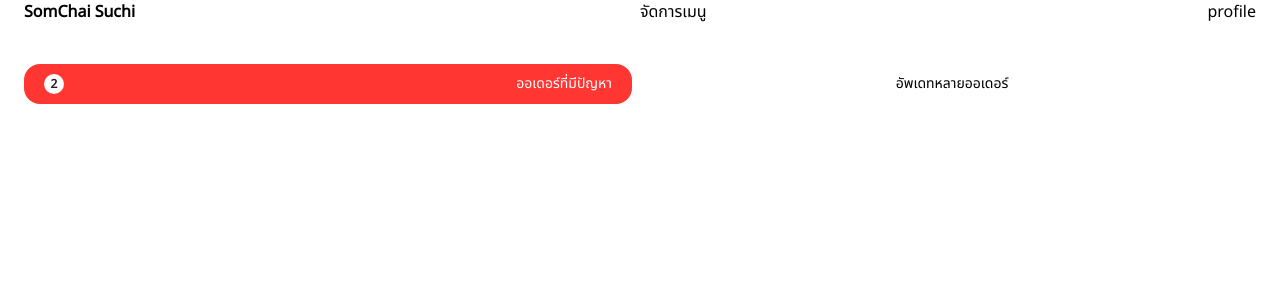
Repository: Pingping1004/food-ordering
Page: / (app in frontend/)
These files come from the project's save history. The page is drawn as it stood at one moment and after a run of saves; the edit follows.
The browser window is 1280 px wide. The pictures show the whole page.
The project was rebuilt for these pictures with package versions that can differ from the ones it lists, and the page was loaded fresh each time. The framework's server and built-in components were replaced by stand-ins that run in the browser. Also part of the build but not shown: frontend/next.config.ts.

Above is the page before, as saved 2025-06-04 05:24:33.

### frontend/src/app/layout.tsx
import type { Metadata } from "next";
import { Geist, Geist_Mono } from "next/font/google";
import "./globals.css";

const geistSans = Geist({
  variable: "--font-geist-sans",
  subsets: ["latin"],
});

const geistMono = Geist_Mono({
  variable: "--font-geist-mono",
  subsets: ["latin"],
});

export const metadata: Metadata = {
  title: "Create Next App",
  description: "Generated by create next app",
};

export default function RootLayout({
  children,
}: Readonly<{
  children: React.ReactNode;
}>) {
  return (
    <html lang="en">
      <head>
        {/* // Poppins google font api connected */}
          <link rel="preconnect" href="https://fonts.googleapis.com" />
          <link
              rel="preconnect"
              href="https://fonts.gstatic.com"
              crossOrigin="anonymous"
          />

          {/* // Poppins google font api connected */}
          <link href='https://fonts.googleapis.com/css?family=Noto Sans Thai' rel='stylesheet'></link>
      </head>
      <body
        className={`${geistSans.variable} ${geistMono.variable} antialiased`}
      >
        {children}
      </body>
    </html>
  );
}

### frontend/src/app/page.tsx
import { Button } from "@/components/Button";
import CookerHeader from "@/components/cookers/Header";
import { NumberIssued } from "@/components/NumberIssue";

export default function CookerHomePage() {
  return (
    <div>
      <CookerHeader />
      <section className="grid grid-cols-2 px-6 py-10 gap-4">
        <Button
          variant="danger"
          size="md"
          className="flex items-center justify-between"
          icon={<NumberIssued issuedOrder={2} />}
        >
          ออเดอร์ที่มีปัญหา
        </Button>
        <Button
          variant
        >อัพเดทหลายออเดอร์</Button>
      </section>
    </div>
  );
}

### frontend/src/app/globals.css
@import "tailwindcss";

body {
  font-family: 'Poppins', 'Noto Sans Thai', sans-serif;
}

:root {
  --background: #ffffff;
  --foreground: #171717;
}

@theme inline {
  --color-background: var(--background);
  --color-foreground: var(--foreground);
  --font-sans: var(--font-geist-sans);
  --font-mono: var(--font-geist-mono);
}

@theme {
    --color-danger-main: #FF3632;
    --color-danger-light: #FFB2B0;
    --color-primary-main: #1263F0;
    --color-primary-light: #A7C6FF;
}

@media (prefers-color-scheme: dark) {
  :root {
    --background: #0a0a0a;
    --foreground: #ededed;
  }
}

.bg-primary {
    background-color: #1263F0;
}

.text-primary {
  color: #1E1E1E;
}

.text-secondary {
  color: #1E1E1E;
  opacity: 0.75;
}

.text-tertiary {
  color: #1E1E1E;
  opacity: 0.5;
}
.text-quaternary {
  color: #1E1E1E;
  opacity: 0.25;
}

.poppins-thin {
  font-family: "Poppins", sans-serif;
  font-weight: 100;
  font-style: normal;
}

.poppins-extralight {
  font-family: "Poppins", sans-serif;
  font-weight: 200;
  font-style: normal;
}

.poppins-light {
  font-family: "Poppins", sans-serif;
  font-weight: 300;
  font-style: normal;
}

.poppins-regular {
  font-family: "Poppins", sans-serif;
  font-weight: 400;
  font-style: normal;
}

.poppins-medium {
  font-family: "Poppins", sans-serif;
  font-weight: 500;
  font-style: normal;
}

.poppins-semibold {
  font-family: "Poppins", sans-serif;
  font-weight: 600;
  font-style: normal;
}

.poppins-bold {
  font-family: "Poppins", sans-serif;
  font-weight: 700;
  font-style: normal;
}

.poppins-extrabold {
  font-family: "Poppins", sans-serif;
  font-weight: 800;
  font-style: normal;
}

.poppins-black {
  font-family: "Poppins", sans-serif;
  font-weight: 900;
  font-style: normal;
}

.noto-sans-regular {
  font-family: "Noto Sans Thai", sans-serif;
  font-weight: 400;
  font-style: normal;
}

.noto-sans-bold {
  font-family: "Noto Sans Thai", sans-serif;
  font-weight: 700;
  font-style: normal;
}

### frontend/src/components/Button.tsx
import { cva, VariantProps } from 'class-variance-authority';
import clsx from 'clsx';
import React from 'react';

const button = cva('noto-sans-regular text-sm', {
    variants: {
        variant: {
            primary: 'bg-primary-main text-white',
            secondary: 'bg-primary-light text-main',
            danger: 'bg-danger-main text-white',
            'secondary-danger': 'bg-danger-light text-danger-main',
        },
        size: {
            md: 'px-5 py-2.5 rounded-2xl',
            lg: 'px-6 py-3 rounded-2xl',
            full: 'w-full py-3 rounded-2xl noto-sans-bold',
            half: 'w-1/2 py-2.5 rounded-2xl',
        },
        disabled: {
            true: 'opacity-50 cursor-not-allowed',
            false: 'cursor-pointer',
        }
    },
    defaultVariants: {
        variant: 'primary',
        size: 'md',
        disabled: false,
    },
});

type ButtonProps = React.ButtonHTMLAttributes<HTMLButtonElement> &
    VariantProps<typeof button> & {
        icon?: React.ReactNode;
        iconPosition?: 'start' | 'end';
    };

export const Button = ({
    className,
    variant,
    size,
    disabled,
    icon,
    iconPosition = 'start',
    children,
    ...props
}: ButtonProps) => {
    return (
        <button className={clsx(button({ variant, size, disabled }), className)} {...props}>
            {icon && iconPosition === 'start' && <span>{icon}</span>}
            <span>{children}</span>
            {icon && iconPosition === 'end' && <span>{icon}</span>}
        </button>
    );
}

### frontend/src/components/cookers/Header.tsx
import React from "react";

export default function CookerHeader() {
    return (
        <>
            <header className="w-full flex items-center px-6">
                <div className="grid grid-cols-2 w-full">
                    <div>
                        <h1 className="font-bold">SomChai Suchi</h1>
                    </div>

                    <div className="w-full flex justify-between items-center">
                        <button>จัดการเมนู</button>

                        <div>
                            <div className="profile-icon">profile</div>
                        </div>
                    </div>
                </div>
            </header>
        </>
    );
}

### frontend/src/components/NumberIssue.tsx
import React from 'react';

export const NumberIssued = ({ issuedOrder }: { issuedOrder: number }) => {
    return (
        <div className="flex items-center justify-center w-5 h-5 rounded-full bg-white text-primary text-xs noto-sans-bold">
            {issuedOrder > 0 ? issuedOrder : 0}
        </div>
    )
}

After the next 3 saves:
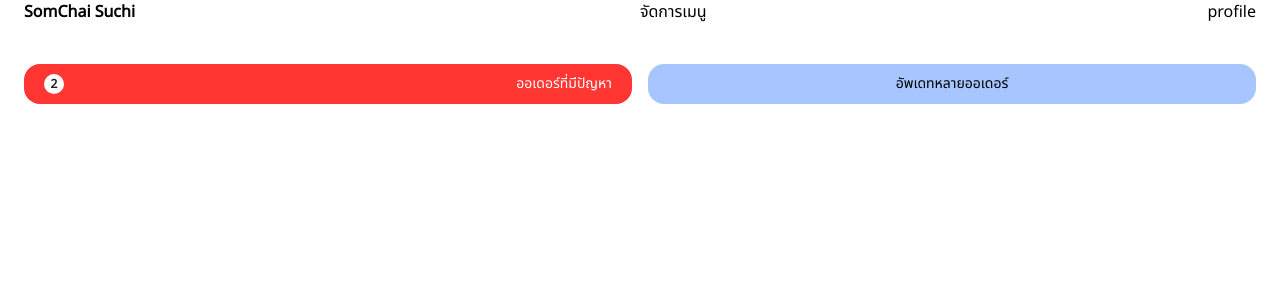
The 3 saves are shown as one change because they came seconds apart.
The last was saved 9 s later.
--- a/frontend/src/app/page.tsx
+++ b/frontend/src/app/page.tsx
@@ -16,7 +16,8 @@ export default function CookerHomePage() {
           ออเดอร์ที่มีปัญหา
         </Button>
         <Button
-          variant
+          variant="secondary"
+          size="md"
         >อัพเดทหลายออเดอร์</Button>
       </section>
     </div>
